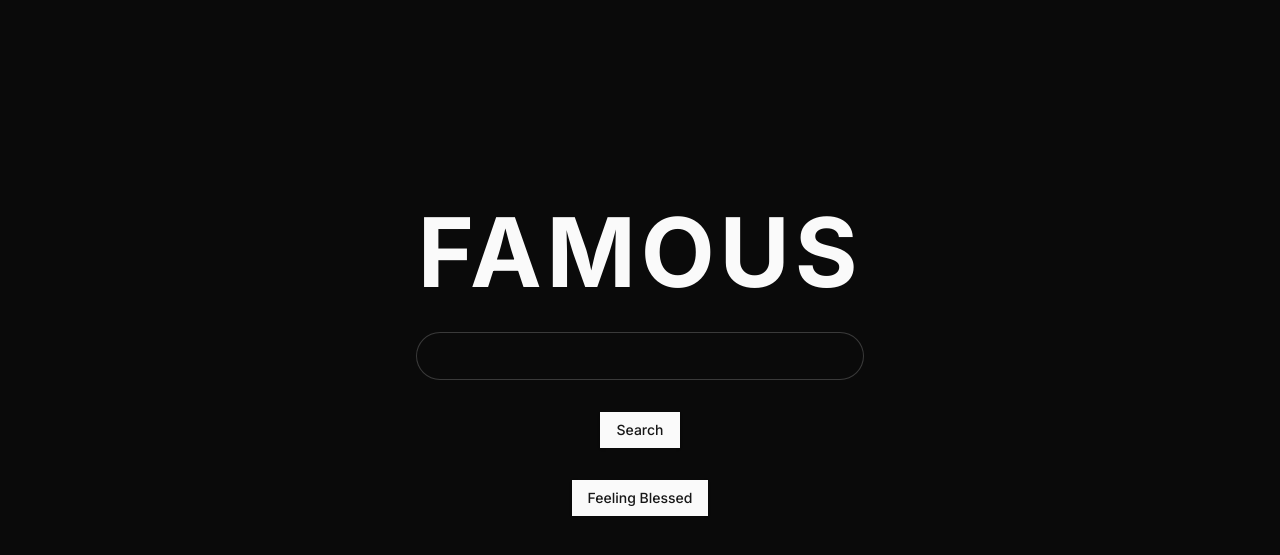
Repository: Harshgoel17/anshfinal
Page: /
An editor plug-in stored every save of this project. The page is shown before and after a run of saves, followed by the edit.
The browser window is 1280 px wide. The pictures show the whole page.
The project was rebuilt for these pictures with package versions that can differ from the ones it lists, and the page was loaded fresh each time. The framework's server and built-in components were replaced by stand-ins that run in the browser. Also part of the build but not shown: next.config.js.

Above is the page before, as saved 2023-09-22 11:27:32.

### app/page.jsx
import { Button } from "@/components/ui/button";
import Image from "next/image";

export default function Home() {
  return (
    <main className="h-screen w-full flex">
      <div className="h-full w-full flex flex-col items-center justify-center relative gap-8">
        <h1 className="font-monsterrat text-8xl font-bold tracking-wider">FAMOUS</h1>
          <input type="text" className="bg-background border border-foreground/20 rounded-full h-12 w-[35%] px-5"/>
          <Button className="" type="submit">Search</Button>
          <Button className="" type="submit">Feeling Blessed</Button>

      </div>
    </main>
  );
}

### app/globals.css
@tailwind base;
@tailwind components;
@tailwind utilities;

@layer base {
  :root {
    --background: 0 0% 3.9%;
    --foreground: 0 0% 98%;

    --card: 0 0% 3.9%;
    --card-foreground: 0 0% 98%;

    --popover: 0 0% 3.9%;
    --popover-foreground: 0 0% 98%;

    --primary: 0 0% 98%;
    --primary-foreground: 0 0% 9%;

    --secondary: 0 0% 14.9%;
    --secondary-foreground: 0 0% 98%;

    --muted: 0 0% 14.9%;
    --muted-foreground: 0 0% 63.9%;

    --accent: 0 0% 14.9%;
    --accent-foreground: 0 0% 98%;

    --destructive: 0 62.8% 30.6%;
    --destructive-foreground: 0 0% 98%;

    --border: 0 0% 14.9%;
    --input: 0 0% 14.9%;
    --ring: 0 0% 83.1%;
  }

  .dark {
    --background: 0 0% 3.9%;
    --foreground: 0 0% 98%;

    --card: 0 0% 3.9%;
    --card-foreground: 0 0% 98%;

    --popover: 0 0% 3.9%;
    --popover-foreground: 0 0% 98%;

    --primary: 0 0% 98%;
    --primary-foreground: 0 0% 9%;

    --secondary: 0 0% 14.9%;
    --secondary-foreground: 0 0% 98%;

    --muted: 0 0% 14.9%;
    --muted-foreground: 0 0% 63.9%;

    --accent: 0 0% 14.9%;
    --accent-foreground: 0 0% 98%;

    --destructive: 0 62.8% 30.6%;
    --destructive-foreground: 0 0% 98%;

    --border: 0 0% 14.9%;
    --input: 0 0% 14.9%;
    --ring: 0 0% 83.1%;
  }
}

@layer base {
  * {
    @apply border-border;
  }
  body {
    @apply bg-background text-foreground;
  }
}

### components/ui/button.jsx
import * as React from "react"
import { Slot } from "@radix-ui/react-slot"
import { cva } from "class-variance-authority";

import { cn } from "@/lib/utils"

const buttonVariants = cva(
  "inline-flex items-center justify-center rounded-md text-sm font-medium transition-colors focus-visible:outline-none focus-visible:ring-1 focus-visible:ring-ring disabled:pointer-events-none disabled:opacity-50",
  {
    variants: {
      variant: {
        default:
          "bg-primary text-primary-foreground shadow hover:bg-primary/90",
        destructive:
          "bg-destructive text-destructive-foreground shadow-sm hover:bg-destructive/90",
        outline:
          "border border-input bg-transparent shadow-sm hover:bg-accent hover:text-accent-foreground",
        secondary:
          "bg-secondary text-secondary-foreground shadow-sm hover:bg-secondary/80",
        ghost: "hover:bg-accent hover:text-accent-foreground",
        link: "text-primary underline-offset-4 hover:underline",
      },
      size: {
        default: "h-9 px-4 py-2",
        sm: "h-8 rounded-md px-3 text-xs",
        lg: "h-10 rounded-md px-8",
        icon: "h-9 w-9",
      },
    },
    defaultVariants: {
      variant: "default",
      size: "default",
    },
  }
)

const Button = React.forwardRef(({ className, variant, size, asChild = false, ...props }, ref) => {
  const Comp = asChild ? Slot : "button"
  return (
    (<Comp
      className={cn(buttonVariants({ variant, size, className }))}
      ref={ref}
      {...props} />)
  );
})
Button.displayName = "Button"

export { Button, buttonVariants }

Loaded but not shown: app/layout.js (common file); lib/utils.js (common file); tailwind.config.js (common file)

After the next 2 saves:
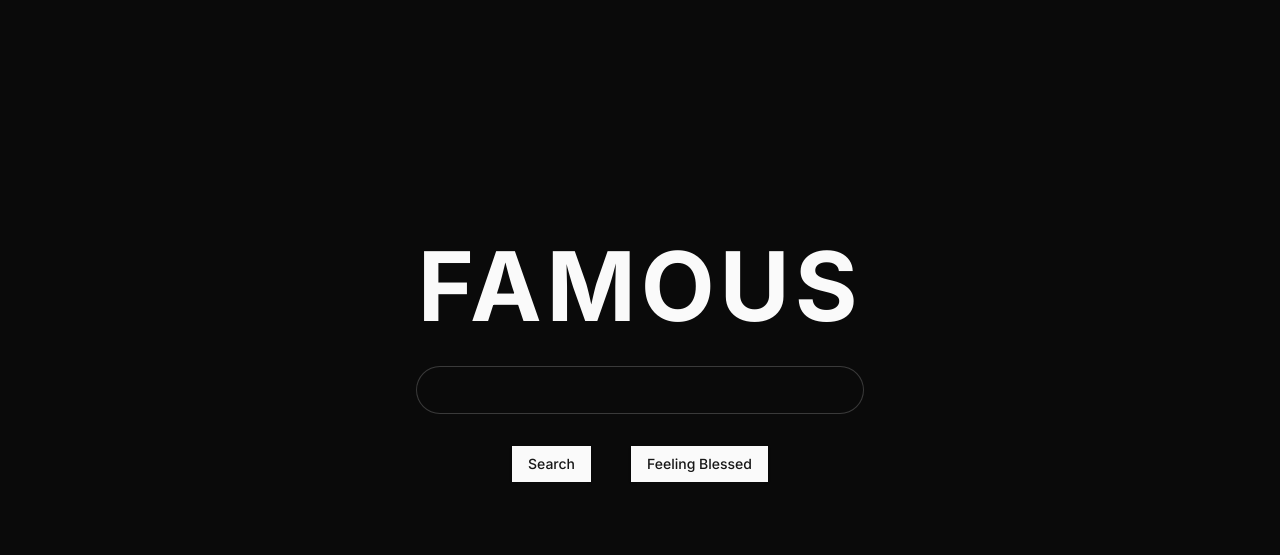
The 2 saves are shown as one change because they came seconds apart.
The last was saved 21 s later.
--- a/app/page.jsx
+++ b/app/page.jsx
@@ -7,8 +7,10 @@
       <div className="h-full w-full flex flex-col items-center justify-center relative gap-8">
         <h1 className="font-monsterrat text-8xl font-bold tracking-wider">FAMOUS</h1>
           <input type="text" className="bg-background border border-foreground/20 rounded-full h-12 w-[35%] px-5"/>
-          <Button className="" type="submit">Search</Button>
-          <Button className="" type="submit">Feeling Blessed</Button>
+          <div className="flex gap-10">
+            <Button className="" type="submit">Search</Button>
+            <Button className="" type="submit">Feeling Blessed</Button>
+          </div>
 
       </div>
     </main>
